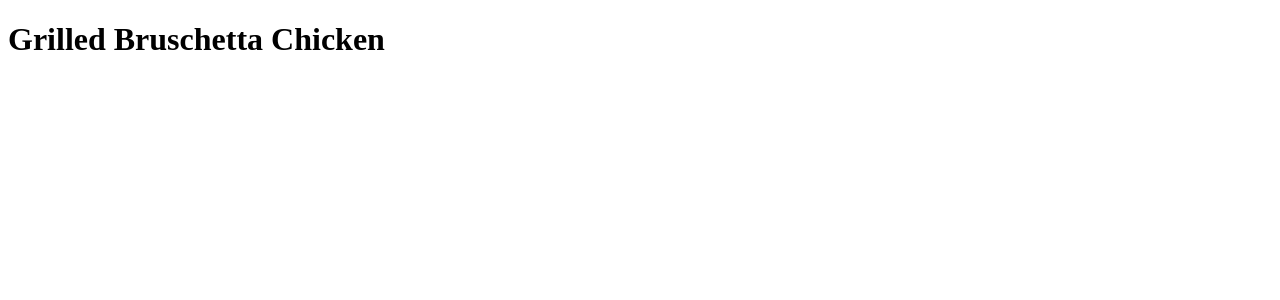
Repository: fnafelipe/odin-recipes
Page: recipes/grilled-bruschetta-chicken.html
The author's editor kept a copy of each file at every save. The page is drawn from the files as they stood at one save, then again after the next save.
The browser window is 1280 px wide. The pictures show the whole page.

Above is the page before, as saved 2026-09-03 22:18:17.

### recipes/grilled-bruschetta-chicken.html
<!DOCTYPE html>
<html lang="en">
<head>
    <meta charset="UTF-8">
    <meta name="viewport" content="width=device-width, initial-scale=1.0">
    <title>Document</title>
</head>
<body>
    <h1>Grilled Bruschetta Chicken</h1>
</body>
</html>

After the next save:
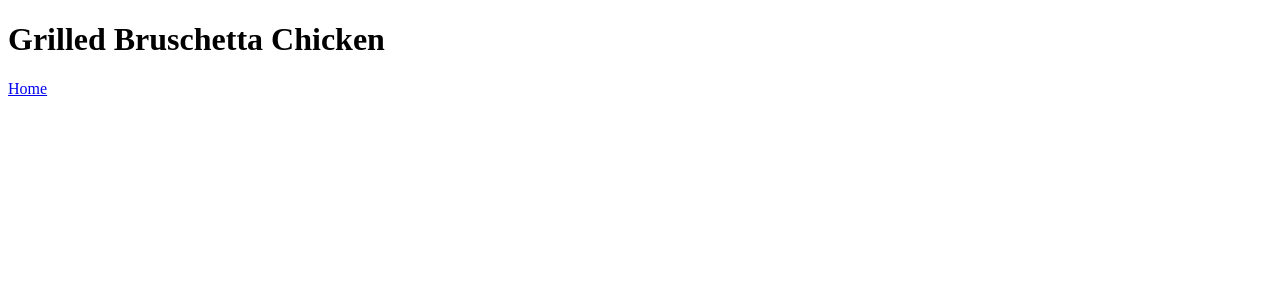
Saved 110 s later.
--- a/recipes/grilled-bruschetta-chicken.html
+++ b/recipes/grilled-bruschetta-chicken.html
@@ -7,5 +7,6 @@
 </head>
 <body>
     <h1>Grilled Bruschetta Chicken</h1>
+    <a href="../index.html">Home</a>
 </body>
 </html>
